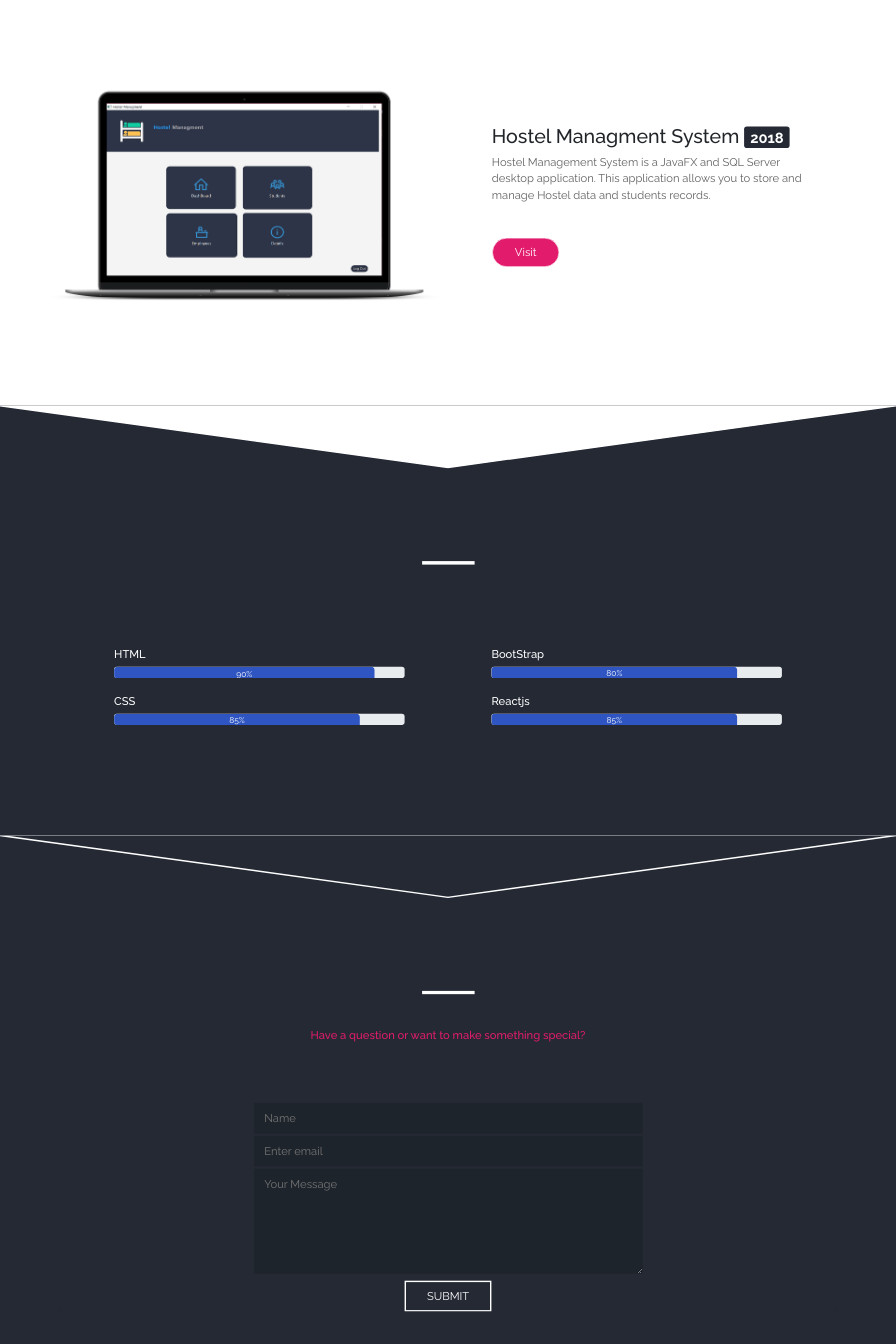
Repository: wasiqkhan/wasiqkhan.github.io
Page: index.html
These files come from the project's save history. The page is drawn as it stood at one moment and after the next save; the edit follows.
The browser window is 1280 px wide. The pictures show the part of the page from y = 3301 to 5221 px (the page is 5615 px tall), at 70% of full size.
Some web fonts or font styles are not loaded; a fallback is used.

Above is the page before, as saved 2020-11-06 16:26:28.
Not found: js/all.js
Not found: js/app.js
Not found: js/particles.js

After the next save:
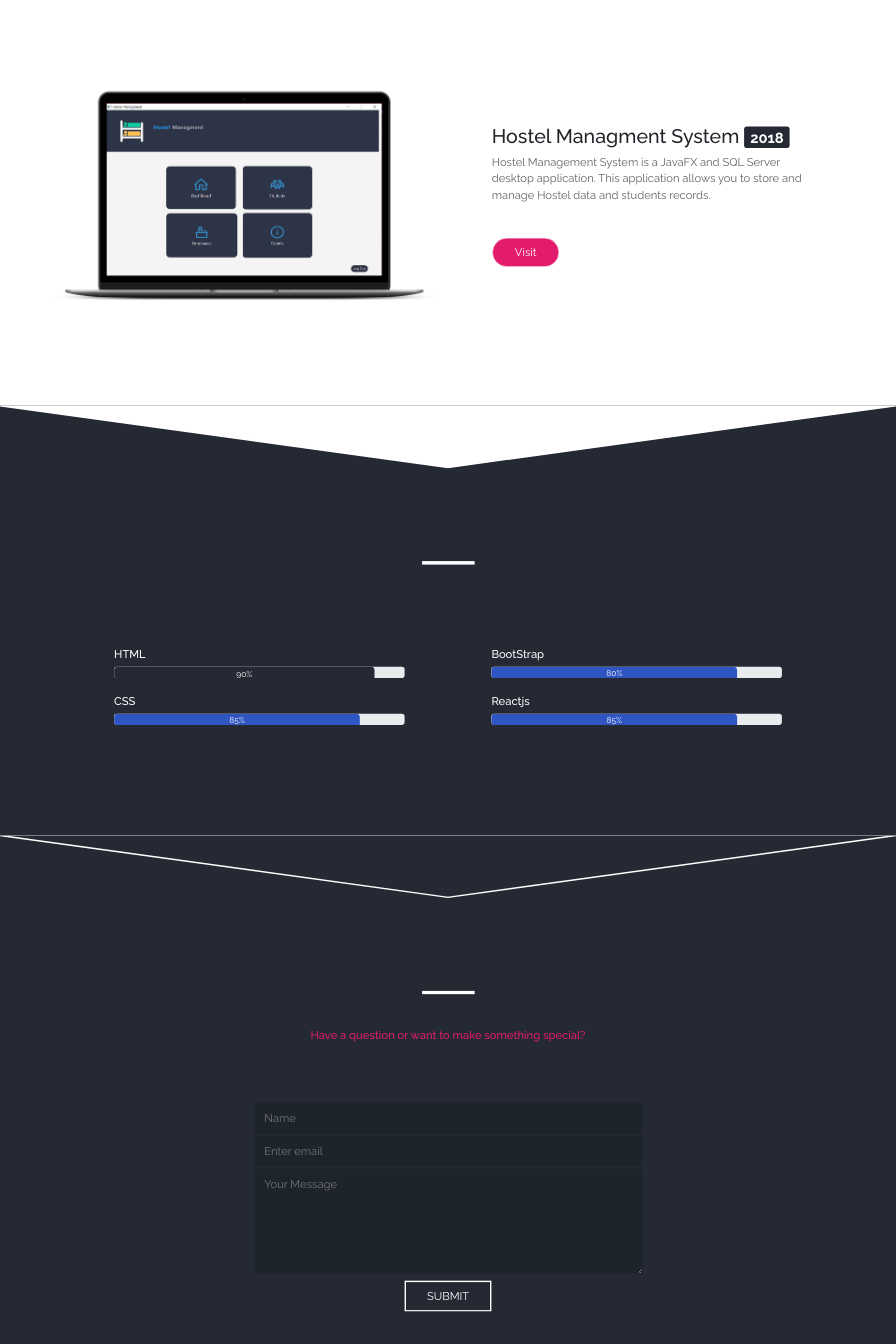
Saved 2 min 13 s later.
--- a/index.html
+++ b/index.html
@@ -334,7 +334,7 @@
                 <div class="progress">
                   <div
                     class="l progress-bar progress-bar-striped"
-                    style="height: 20px; width: 90%;background:#2E55C1"
+                    style="height: 20px; width: 90%;background:#252934"
                   >
                     90%
                   </div>
